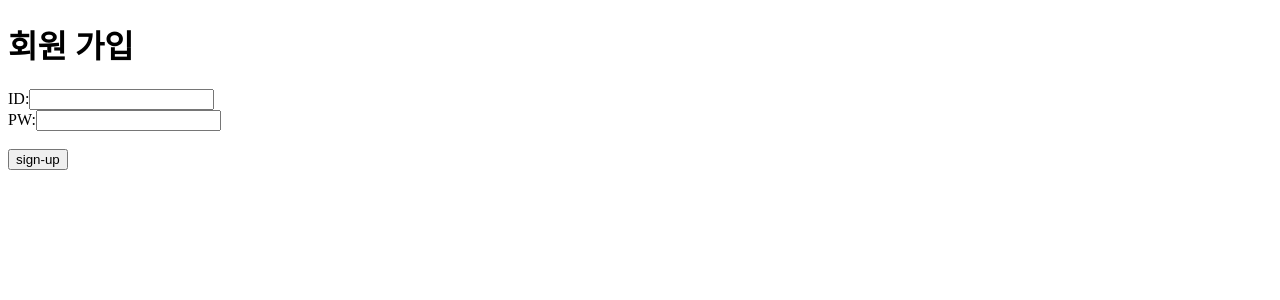
Repository: Gaebulga/eclipse-workspace
Page: http://localhost/181226_Practice/
The author's editor kept a copy of each file at every save. The page is drawn from the files as they stood at one save, then again after the next save.
The browser window is 1280 px wide. The pictures show the whole page.
The page is served by Tomcat 9. Other server files are loaded and not shown.

Above is the page before, as saved 2018-12-26 12:40:56.

### 181226_Practice/WebContent/index.jsp
<%@ page language="java" contentType="text/html; charset=UTF-8"
    pageEncoding="UTF-8"%>
<!DOCTYPE html>
<html>
<head>
<meta charset="UTF-8">
<title>회원 가입 페이지</title>
</head>
<body>
	<h1> 회원 가입 </h1>
	<form action="member" method="post">
		ID:<input type="text" name="userId" ><br>
		PW:<input type="text" name="userPw" ><br>
		<input type="hidden" value="signUp" name="action"><br>
		<button>sign-up</button>
	</form>

</body>
</html>

After the next save:
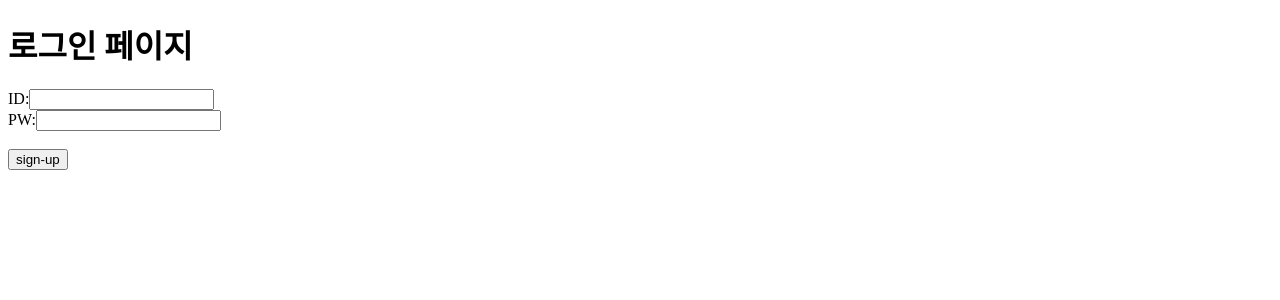
Saved 57 s later.
--- a/181226_Practice/WebContent/index.jsp
+++ b/181226_Practice/WebContent/index.jsp
@@ -7,7 +7,7 @@
 <title>회원 가입 페이지</title>
 </head>
 <body>
-	<h1> 회원 가입 </h1>
+	<h1> 로그인 페이지 </h1>
 	<form action="member" method="post">
 		ID:<input type="text" name="userId" ><br>
 		PW:<input type="text" name="userPw" ><br>
